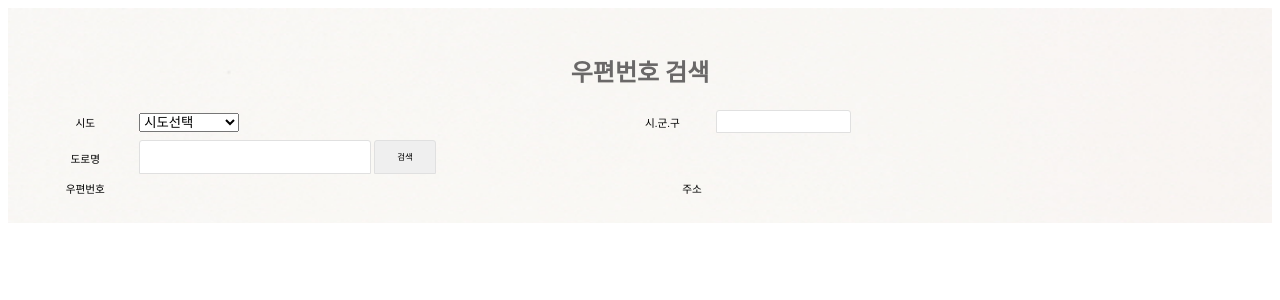
Repository: keepsus/gaebokchi
Page: http://localhost/uzuslime/member/memberCheckPost.jsp
These files come from the project's save history. The page is drawn as it stood at one moment and after the next save; the edit follows.
The browser window is 1280 px wide. The pictures show the whole page.
The page is served by Tomcat 9. Nobody is signed in. The application's start-up code is not run. Other server files are loaded and not shown.

Above is the page before, as saved 2021-02-12 11:52:26.

### uzuslime/src/main/webapp/member/memberCheckPost.jsp
<%@ page language="java" contentType="text/html; charset=UTF-8"
    pageEncoding="UTF-8"%>
<%@ taglib prefix="c" uri="http://java.sun.com/jsp/jstl/core" %>

<!DOCTYPE html>
<html>
<head>
<meta charset="UTF-8">
<title>우편번호 검색</title>
<link rel="stylesheet" href="../css/member.css">
  <link rel="stylesheet" href="/slime/css/memberCheckPost.css">
</head>
<body>
<form id="memberCheckPostForm">
<div class="checkPost">
<h2 style="text-align:center; color:rgba(63, 62, 62, 0.774); margin-botton:30px;">우편번호 검색</h2>
<table id="checkPostTable" width="100%" cellpadding="2" cellspacing="0" color="#8393a7">
<tr>
	<td width="100" align="center">시도</td>
	<td>
		<select name="sido" id="sido" style="width: 100px;">
				<option>시도선택</option>
				<option value="서울">서울</option>
				<option value="인천">인천</option>
				<option value="대전">대전</option>
				<option value="대구">대구</option>
				<option value="울산">울산</option>
				<option value="세종">세종</option>
				<option value="광주">광주</option>
				<option value="경기">경기</option>
				<option value="강원">강원</option>
				<option value="전남">전남</option>
				<option value="전북">전북</option>
				<option value="경남">경남</option>
				<option value="경북">경북</option>
				<option value="충남">충남</option>
				<option value="충북">충북</option>
				<option value="부산">부산</option>
				<option value="제주">제주</option>
			</select>
	</td>
	<td align="center" width="100">시.군.구</td>
	<td><input type="text" name="sigungu" id="sigungu"></td>
</tr>

<tr>
	<td align="center">도로명</td>
	<td colspan="3">
		<input type="text" name="roadname" id="roadname" size="35">
		<input type="button" id="checkPostSearchBtn" value="검색">
	</td>
</tr>

<tr>
	<td align="center">우편번호</td>
	<td colspan="3" align="center">주소</td>
</tr>
</table>
</div>
</form>
<script type="text/javascript" src="https://code.jquery.com/jquery-3.5.1.min.js"></script>
<script type="text/javascript" src="/slime/js/member.js"></script>
</body>
</html>

### uzuslime/src/main/webapp/css/member.css
@charset "UTF-8";
td {
	font-size: 8pt;
}

#addressA:link {color: black; text-decoration: none;}
#addressA:visited {color: black; text-decoration: none;}
#addressA:hover {color: blue; text-decoration: underline;}
#addressA:active {color: black; text-decoration: none;}

### uzuslime/src/main/webapp/css/memberCheckPost.css
.checkPost {
	padding : 2%;

}



.checkPostSearchBtn{
	border-radius: 3px 3px 0 0;
    border: 1px solid #8393a7;
    background-color: #8393a7;
    font-size: 80%;
    color :white;
    cursor:pointer;
}

input {
	padding: 1% 2%;
    line-height: 1.2;
    border-radius: 3px 3px 0 0;
    border: 1px solid #e0e0e0;
    font-size: 80%;
    margin-bottom: 3px;
}

.checkPost {
	background-image: url("/slime/image/img6_1.jpg");
    background-size:cover;
}

### uzuslime/src/main/webapp/js/member.js
//로그인
$('#loginBtn').click(function(){
	$('#loginIdDiv').empty();
	$('#loginPwdDiv').empty();

	if($('#loginId').val()==''){
		$('#loginIdDiv').text('아이디를 입력')
						.css('color','red')
						.css('font-size','8pt')
						.css('font-weight','bold');

	}else if($('#loginPwd').val()==''){
		$('#loginPwdDiv').text('비밀번호를 입력')
						 .css('color','red')
						 .css('font-size','8pt')
						 .css('font-weight','bold');
	}else{
		$.ajax({
			type : 'post',
			url: '/slime/member/login',
			data: {'member_id': $('#loginId').val(), 'pwpwpw': $('#loginPwd').val()},

			dataType: 'text',
			success: function(data){
				if(data == 'success'){
					location.href = '/slime/index.jsp';

				}else if(data == 'fail'){

					alert('잘못된 정보입니다. 다시 입력해주세요.');
				}
			},//success
			error: function(err){
				console.log(err);
			}//error

		});//ajax
	}//else
});//click

//회원가입
$('#writeBtn').click(function(){
	$('#nameDiv').empty();
	$('#idDiv').empty();
	$('#pwdDiv').empty();
	$('#repwdDiv').empty();
	$('#emailDiv').empty();
	var idReg = /^[A-za-z0-9]/g;
	//아이디 한글못넣게 하는 것
	//[영문 대문자 또는 소문자로 시작하는 아이디, 끝날때 제한 없음]

	//if($('#name').val()==''){ -> 방법 1
	//if($('input[id=member_name]').val()==''){ -> 방법 2
	//id 속성이용은 2가지 방법 모두 가능
	if($('input[id=member_name]').val()==''){
		$('#nameDiv').text('이름을 입력하세요');
		$('#nameDiv').css('color','red');
		$('#nameDiv').css('font-size','8pt');
		$('#nameDiv').css('font-weight','bold');

	}else if($('#member_id').val()==''){	//id 속성이용
		$('#idDiv').text('아이디를 입력하세요');
		$('#idDiv').css('color','red');
		$('#idDiv').css('font-size','8pt');
		$('#idDiv').css('font-weight','bold');

	}else if( !idReg.test( $("input[id=member_id]").val() ) ){
		$('#idDiv').text('아이디는 영문자로 시작하는 6~20자 영문자 또는 숫자이어야 합니다.');
		$('#idDiv').css('color','red');
		$('#idDiv').css('font-size','8pt');
		$('#idDiv').css('font-weight','bold');

	}else if($('input[name=member_pw]').val()==''){
		$('#pwdDiv').text('비밀번호를 입력하세요')
		$('#pwdDiv').css('color','red')
		$('#pwdDiv').css('font-size','8pt')
		$('#pwdDiv').css('font-weight','bold');

	}else if($('input[name=repw]').val() != $('input[name=member_pw]').val()){
		$('#repwdDiv').text('비밀번호가 맞지 않습니다')
		$('#repwdDiv').css('color','red')
		$('#repwdDiv').css('font-size','8pt')
		$('#repwdDiv').css('font-weight','bold');

	}else if($('#member_id').val() != $('#check').val()){
		$('#idDiv').text('중복체크 하세요')
		$('#idDiv').css('color','red')
		$('#idDiv').css('font-size','8pt')
		$('#idDiv').css('font-weight','bold');

	}else if($('input[name=email1]').val()==''||$('input[name=email2]').val()==''){
		$('#emailDiv').text('이메일을 입력하세요')
		$('#emailDiv').css('color','red')
		$('#emailDiv').css('font-size','8pt')
		$('#emailDiv').css('font-weight','bold');

	}else{
		$('form[name=memberWriteForm]').submit();
	}
});

//중복 아이디 체크
$('#member_id').focusout(function(){
	if($('#member_id').val()==''){
		$('#idDiv').text('먼저 아이디를 입력하세요')
		$('#idDiv').css('color','magenta')
		$('#idDiv').css('font-size','8pt')
		$('#idDiv').css('font-weight','bold');

	}else{
		$.ajax({
			type: 'post',
			url: '/slime/member/checkId',
			data: 'member_id='+$('#member_id').val(),
			dataType: 'text',
			success: function(data){
				if(data == 'exist'){
					$('#idDiv').text('사용 불가능')
					$('#idDiv').css('color','magenta')
					$('#idDiv').css('font-size','8pt')
					$('#idDiv').css('font-weight','bold');

				}else if(data == 'non_exist'){
					$('#check').val($('#member_id').val());

					$('#idDiv').text('사용 가능')
					$('#idDiv').css('color','blue')
					$('#idDiv').css('font-size','8pt')
					$('#idDiv').css('font-weight','bold');
				}
			}
		});
	}
});

//우편번호
$('#checkPostBtn').click(function(){
	window.open("/slime/member/memberCheckPost", "zipcode", "width=700 height=500 scrollbars=yes");
});

$('#checkPostSearchBtn').click(function(){
	$.ajax({
		type: 'post',
		url: '/slime/member/checkPostSearch',
		data: $('#memberCheckPostForm').serialize(),	//serialize : '변수=값&변수=값'
		dataType: 'json',
		success: function(data){
			//alert(JSON.stringify(data));

			$('#checkPostTable tr:gt(2)').remove();

			$.each(data.list, function(index, items){
				var address = items.sido+' '
							+ items.sigungu+' '
							+ items.yubmyundong+' '
							+ items.ri+' '
							+ items.roadname+' '
							+ items.buildingname;

				address = address.replace(/null/g, '');

				$('<tr/>').append($('<td/>',{
					align: 'center',
					text: items.zipcode

				})).append($('<td/>',{
					colspan: '3',
					}).append($('<a/>',{
						href: '#',
						id: 'addressA',
						text: address
					}))
				).appendTo($('#checkPostTable'));
			});//each

			$('a').click(function(){
				//alert($(this).prop('tagName'));
				//alert($(this).parent().prev().text());

				$('#postcode', opener.document).val($(this).parent().prev().text());
				$('#address', opener.document).val($(this).text());
				$('#detailAddress', opener.document).focus();
				window.close();
			});
		},
		error: function(err){
			console.log(err);
		}
	});
});

//회원정보수정
$('#modifyBtn').click(function(){
	$('#nameDiv').empty();
	$('#pwdDiv').empty();
	$('#repwdDiv').empty();

	if($('#member_name').val()==''){
		$('#nameDiv').text('이름을 입력하세요');
		$('#nameDiv').css('color','red');
		$('#nameDiv').css('font-size','8pt');
		$('#nameDiv').css('font-weight','bold');

	}else if($('input[name=member_pw]').val()==''){
		$('#pwdDiv').text('비밀번호를 입력하세요')
		$('#pwdDiv').css('color','red')
		$('#pwdDiv').css('font-size','8pt')
		$('#pwdDiv').css('font-weight','bold');

	}else if($('input[name=repw]').val() != $('input[name=member_pw]').val()){
		$('#repwdDiv').text('비밀번호가 맞지 않습니다')
		$('#repwdDiv').css('color','red')
		$('#repwdDiv').css('font-size','8pt')
		$('#repwdDiv').css('font-weight','bold');

	}else{
		$.ajax({
			type: 'post',
			url: '/slime/member/modify',
			data: $('#memberModifyForm').serialize(),	//serialize : '변수=값&변수=값'
			success: function(){
				alert('회원정보수정 완료');
				location.href='/slime/mypage/myPageOrder.jsp';
			},
			error: function(err){
				console.log(err);
			}
		});
	}
});

//아이디 찾기
$('#searchBtn').click(function(){
	$.ajax({
		type: 'post',
		url: '/slime/member/memberIdSearch',
		data: $('#memberSearch').serialize(),
		dataType: 'text',
		success: function(data){
			alert("회원님의 ID는 "+data+" 입니다");
			location.href='/slime/index.jsp';
		},
		error: function(err){
			alert("틀린 정보입니다. 다시 확인해주세요.")
			console.log(err);
		}
	});
});


//이메일 인증 보내기
$('#emailBtn').click(function(){
	$('#emailDiv').empty();
	if($('input[name=email1]').val()==''||$('input[name=email2]').val()==''){
		$('#emailDiv').text('이메일을 입력하세요');
		$('#emailDiv').css('color','red');
		$('#emailDiv').css('font-size','8pt');
		$('#emailDiv').css('font-weight','bold');

	}else{
		$.ajax({
			type: 'post',
			url: '/slime/member/sendEmail',
			data: 'e_mail='+$('#email1').val()+'@'+$('#email2').val(),
			dataType: 'json',
			success: function(data){
				$('#emailDiv').text('이메일이 발송되었습니다. 인증번호를 입력헤주세요');
				$('#emailDiv').css('color','red');
				$('#emailDiv').css('font-size','8pt');
				$('#emailDiv').css('font-weight','bold');
				console.log('이메일 data ='+ JSON.stringify(data));//data가 들어오는것인가?이상한게 찍힌다.
				$('#checkEmailR').val(data.dice);//받은 인증번호를 jsp에 있는 hidden 속성에 넣어주기
			},
			error: function(err){
				console.log(err);
			}
		});
	}

});


//이메일 인증번호 확인
$('#emailCheckBtn').click(function(){
	$('#emailDiv').empty();

	if($('input[id=checkEmail]').val()==''){
		$('#emailDiv').text('이메일 인증번호를 입력해주세요 ')
		$('#emailDiv').css('color','magenta')
		$('#emailDiv').css('font-size','8pt')
		$('#emailDiv').css('font-weight','bold');

	}else{
		if
		(document.getElementById('checkEmail').value == document.getElementById('checkEmailR').value){
			$('#emailDiv').text('인증되었습니다.')
			$('#emailDiv').css('color','magenta')
			$('#emailDiv').css('font-size','8pt')
			$('#emailDiv').css('font-weight','bold');
		}else if
		(document.getElementById('checkEmail').value != document.getElementById('checkEmailR').value){
			$('#emailDiv').text('인증번호가 맞지 않습니다.')
			$('#emailDiv').css('color','magenta')
			$('#emailDiv').css('font-size','8pt')
			$('#emailDiv').css('font-weight','bold');
		}
	}

});

After the next save:
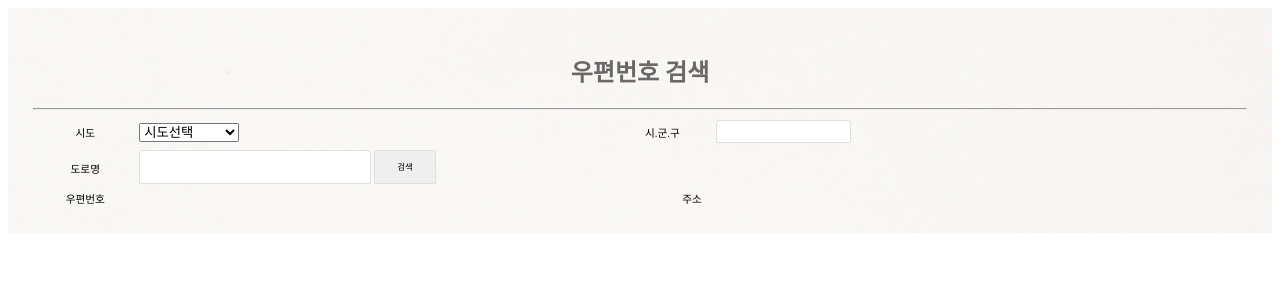
Saved 62 s later.
--- a/uzuslime/src/main/webapp/member/memberCheckPost.jsp
+++ b/uzuslime/src/main/webapp/member/memberCheckPost.jsp
@@ -14,7 +14,7 @@
 <form id="memberCheckPostForm">
 <div class="checkPost">
 <h2 style="text-align:center; color:rgba(63, 62, 62, 0.774); margin-botton:30px;">우편번호 검색</h2>
-<table id="checkPostTable" width="100%" cellpadding="2" cellspacing="0" color="#8393a7">
+<table id="checkPostTable" width="100%" cellpadding="2" cellspacing="0">
 <tr>
 	<td width="100" align="center">시도</td>
 	<td>
@@ -54,6 +54,7 @@
 <tr>
 	<td align="center">우편번호</td>
 	<td colspan="3" align="center">주소</td>
+	<hr>
 </tr>
 </table>
 </div>

After the save that followed:
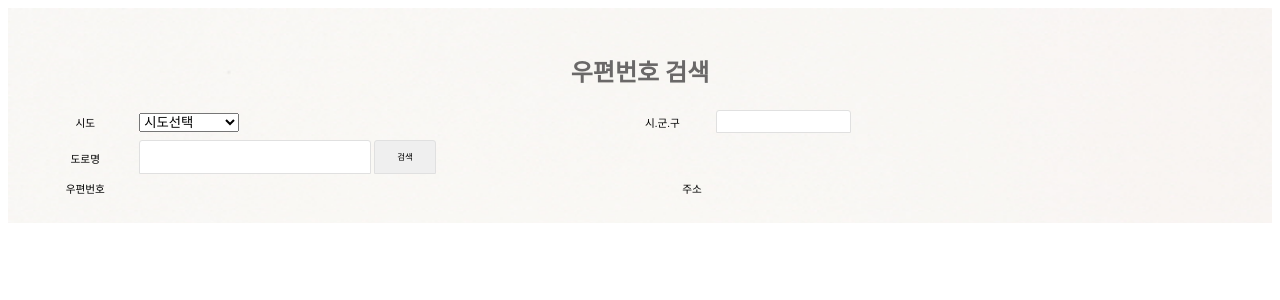
Saved 51 s later.
--- a/uzuslime/src/main/webapp/member/memberCheckPost.jsp
+++ b/uzuslime/src/main/webapp/member/memberCheckPost.jsp
@@ -54,8 +54,9 @@
 <tr>
 	<td align="center">우편번호</td>
 	<td colspan="3" align="center">주소</td>
-	<hr>
+
 </tr>
+<div type="row"></div>
 </table>
 </div>
 </form>
